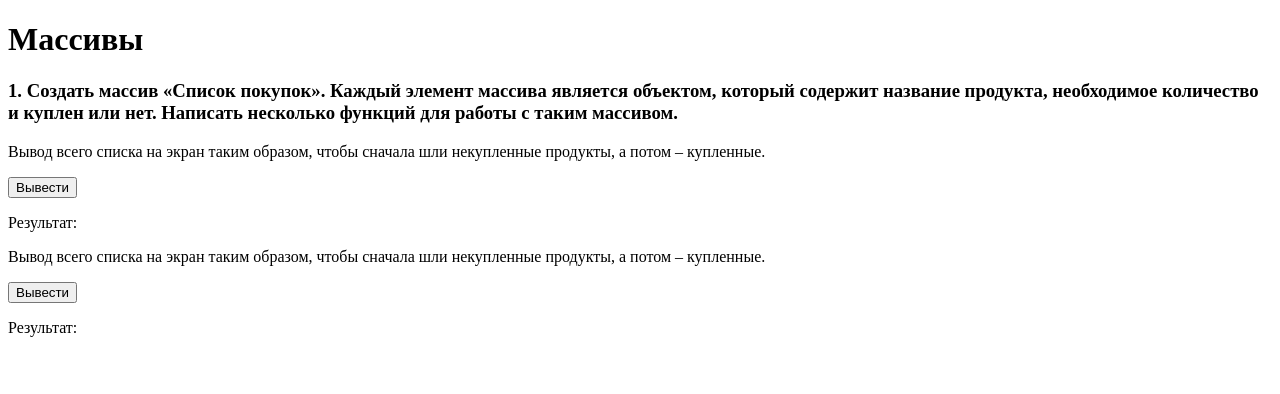
Repository: NastyaGavrilova/Beetroot-js
Page: HW5/index.html
An editor plug-in stored every save of this project. The page is shown before and after the next save, followed by the edit.
The browser window is 1280 px wide. The pictures show the whole page.

Above is the page before, as saved 2021-10-21 13:21:41.

### HW5/index.html
<!DOCTYPE html>
<html lang="en">
  <head>
    <meta charset="UTF-8" />
    <meta http-equiv="X-UA-Compatible" content="IE=edge" />
    <meta name="viewport" content="width=device-width, initial-scale=1.0" />
    <title>Arrays</title>
  </head>
  <body>
    <h1>Массивы</h1>
    <section class="c-task1">
      <div class="c-task1__wrapper">
        <h3 class="title">
          1. Создать массив «Список покупок». Каждый элемент массива является
          объектом, который содержит название продукта, необходимое количество и
          куплен или нет. Написать несколько функций для работы с таким
          массивом.
        </h3>
        <p class="paragraph">
          Вывод всего списка на экран таким образом, чтобы сначала шли
          некупленные продукты, а потом – купленные.
        </p>
        <button id="js-task1-btn1">Вывести</button>
        <p class="paragraph">Результат: <span id="js-task1-span1"></span></p>
        <p class="paragraph">
          Вывод всего списка на экран таким образом, чтобы сначала шли
          некупленные продукты, а потом – купленные.
        </p>
        <button id="js-task1-btn1">Вывести</button>
        <p class="paragraph">Результат: <span id="js-task1-span1"></span></p>
      </div>
    </section>
    <script src="index.js"></script>
  </body>
</html>

### HW5/index.js
// task 1
class Products {
  constructor(nameOfProduct, amount, bought) {
    this.nameOfProduct = nameOfProduct;
    this.amount = amount;
    this.bought = bought;
  }

  static sortByBought(a) {
    if (a.bought == "Не куплен") return -1;
    if (a.bought == "Куплен") return 1;
  }

  static showProduct(a) {
    return `${a.nameOfProduct} ${a.amount} ${a.bought} `;
  }
}

let shopList = [
  new Products("Банан", 2, "Не куплен"),
  new Products("Апельсин", 5, "Куплен"),
  new Products("Молоко", 1, " Куплен"),
  new Products("Груша", 10, "Не куплен"),
  new Products("Помидор", 4, "Не куплен"),
];

let btn1 = document.getElementById("js-task1-btn1");
btn1.addEventListener("click", (e) => {
  e.preventDefault();
  let showByBought = document.getElementById("js-task1-span1");
  shopList.sort(Products.sortByBought);
  return (showByBought.innerHTML = shopList.map(Products.showProduct));
});

After the next save:
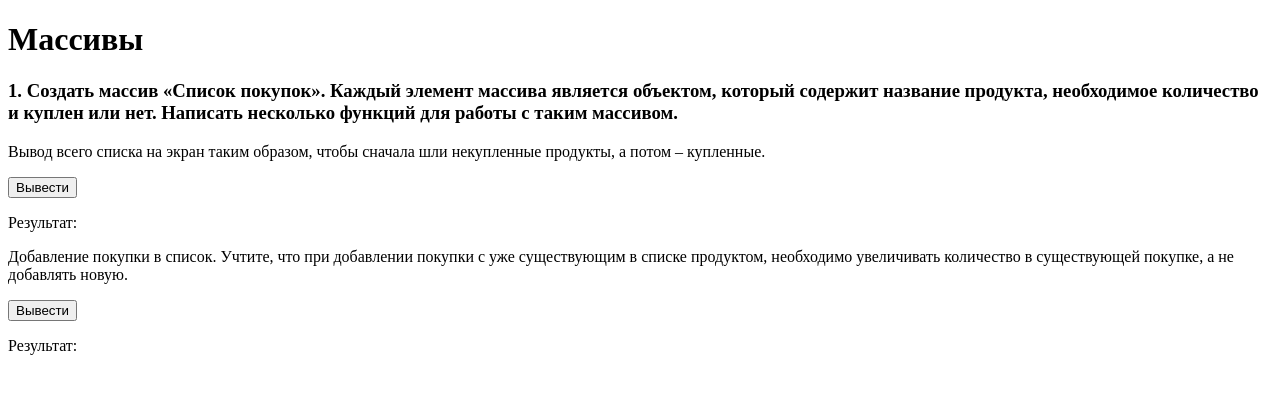
Saved 17 s later.
--- a/HW5/index.html
+++ b/HW5/index.html
@@ -23,11 +23,12 @@
         <button id="js-task1-btn1">Вывести</button>
         <p class="paragraph">Результат: <span id="js-task1-span1"></span></p>
         <p class="paragraph">
-          Вывод всего списка на экран таким образом, чтобы сначала шли
-          некупленные продукты, а потом – купленные.
+          Добавление покупки в список. Учтите, что при добавлении покупки с уже
+          существующим в списке продуктом, необходимо увеличивать количество в
+          существующей покупке, а не добавлять новую.
         </p>
-        <button id="js-task1-btn1">Вывести</button>
-        <p class="paragraph">Результат: <span id="js-task1-span1"></span></p>
+        <button id="js-task1-btn2">Вывести</button>
+        <p class="paragraph">Результат: <span id="js-task1-span2"></span></p>
       </div>
     </section>
     <script src="index.js"></script>
